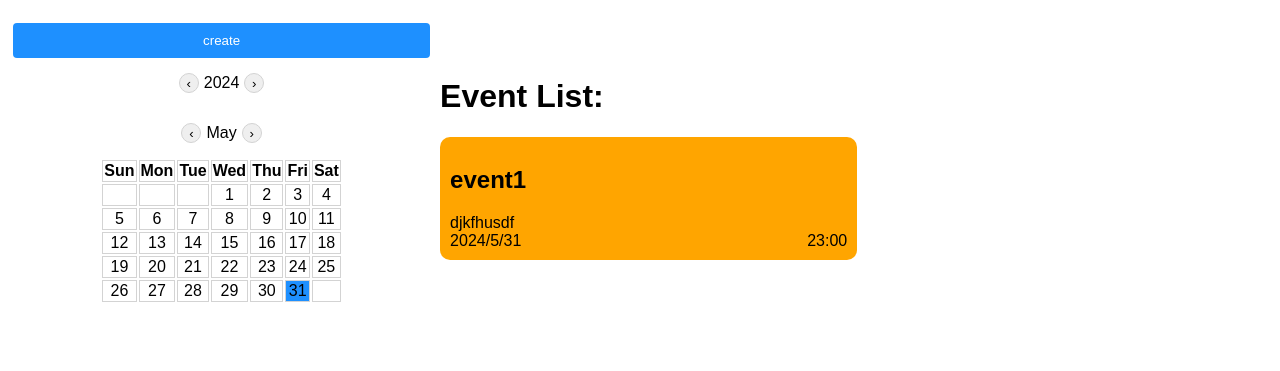
Repository: fateme81yosefi/calendar
Page: index.html
These files come from the project's save history. The page is drawn as it stood at one moment and after the next save; the edit follows.
The browser window is 1280 px wide. The pictures show the whole page.

Above is the page before, as saved 2024-05-31 08:48:39.

After the next save:
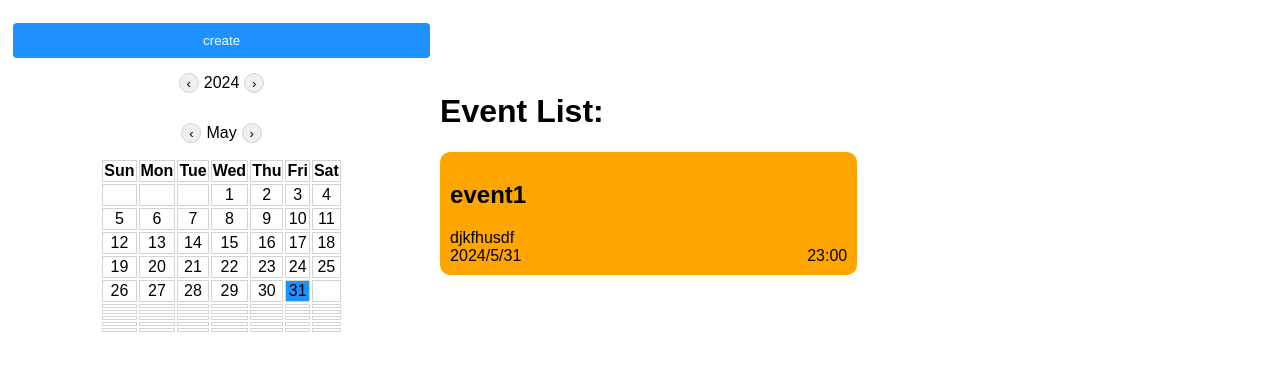
Saved 2 min 59 s later.
--- a/index.html
+++ b/index.html
@@ -65,6 +65,28 @@
     <div class="event-list">
       <h1>Event List:</h1>
 
+
+      <script>
+        var tableBody = document.createElement("tbody");
+        var table = document.querySelector("table");
+        table.appendChild(tableBody);
+
+        var rows = 5;
+        var cols = 7;
+        for (var i = 1; i <= rows; i++) {
+          var row = document.createElement("tr");
+          for (var j = 1; j <= cols; j++) {
+            var cell = document.createElement("td");
+            cell.id = i + "-" + j;
+            cell.onclick = function() {
+              setEventDate(this.id);
+            };
+            row.appendChild(cell);
+          }
+          tableBody.appendChild(row);
+        }
+      </script>
+
       <div class="event">
         <h2 class="event-title">event1</h2>
         <span>djkfhusdf</span>

After the save that followed:
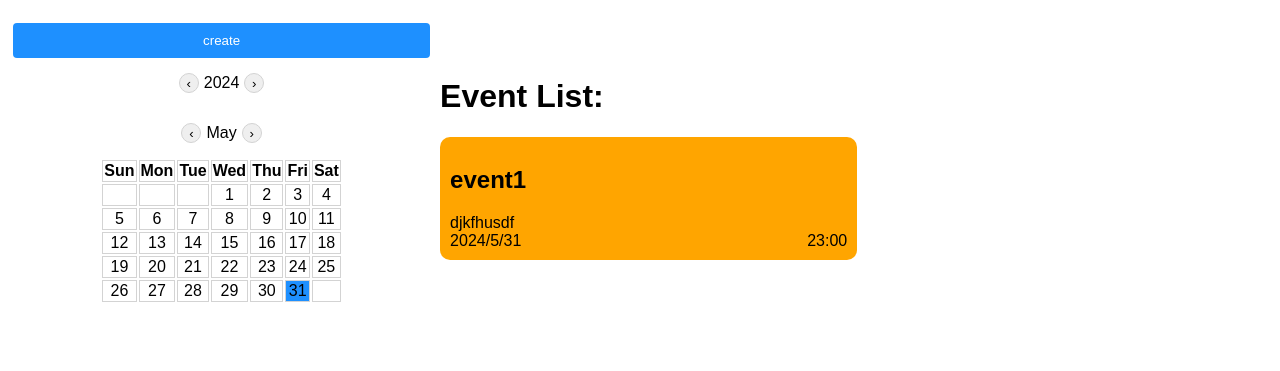
Console error: TypeError: Cannot read properties of null (reading 'appendChild')
Saved 29 s later.
--- a/index.html
+++ b/index.html
@@ -68,7 +68,7 @@
 
       <script>
         var tableBody = document.createElement("tbody");
-        var table = document.querySelector("table");
+        var table = document.querySelector("event-list");
         table.appendChild(tableBody);
 
         var rows = 5;
